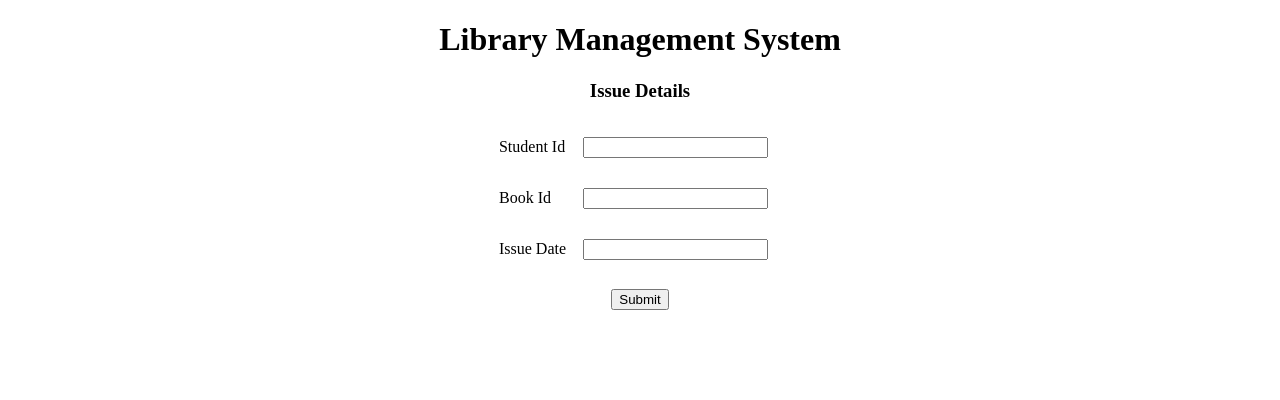
Repository: Shiru99/CS313-DBMS
Page: http://localhost/J2EEProject/Issue.jsp
These files come from the project's save history. The page is drawn as it stood at one moment and after the next save; the edit follows.
The browser window is 1280 px wide. The pictures show the whole page.
The page is served by Tomcat 9.

Above is the page before, as saved 2020-11-03 00:36:48.

After the next save:
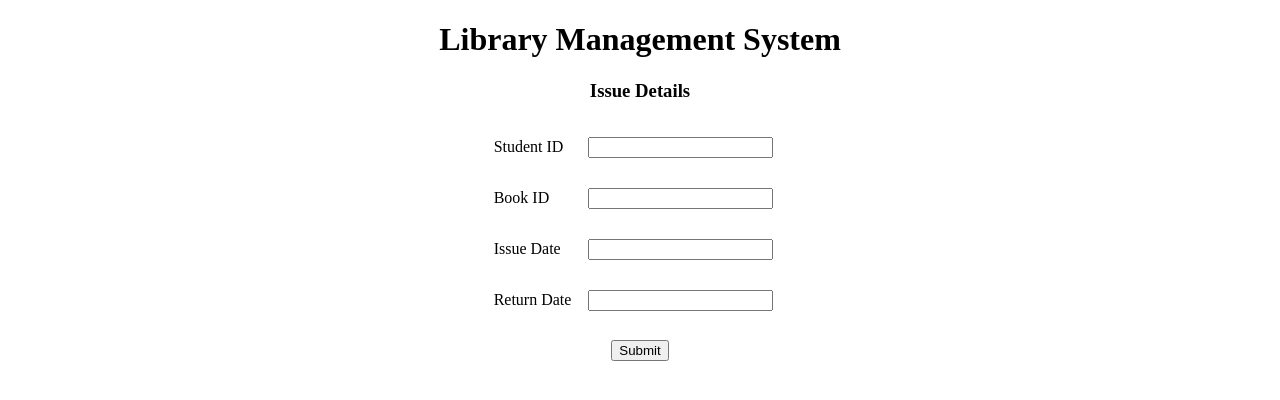
Saved 2 min 17 s later.
--- a/Home Assignment 2/J2EEProject/WebContent/Issue.jsp
+++ b/Home Assignment 2/J2EEProject/WebContent/Issue.jsp
@@ -18,18 +18,29 @@
 			<form action="IssueServlet" method="post">
 				<table style="with: 50%">
 					<tr>
-						<td>Student Id</td>
-						<td><input type="text" name="s_id" /></td>
+						<td>Student ID</td>
+						<td>
+							<input type="text" name="StudentID"/>
+						</td>
 					</tr>
 					<tr>
-						<td>Book Id</td>
-						<td><input type="text" name="b_id" /></td>
+						<td>Book ID</td>
+						<td>
+							<input type="text" name="BookID"/>
+						</td>
 					</tr>
 					<tr>
 						<td>Issue Date</td>
-						<td><input type="text" name="date" /></td>
+						<td>
+							<input type="text" name="IssueDate"/>
+						</td>
 					</tr>
-
+					<tr>
+						<td>Return Date</td>
+						<td>
+							<input type="text" name="ReturnDate"/>
+						</td>
+					</tr>
 				</table>
 				<input type="submit" value="Submit" />
 			</form>
